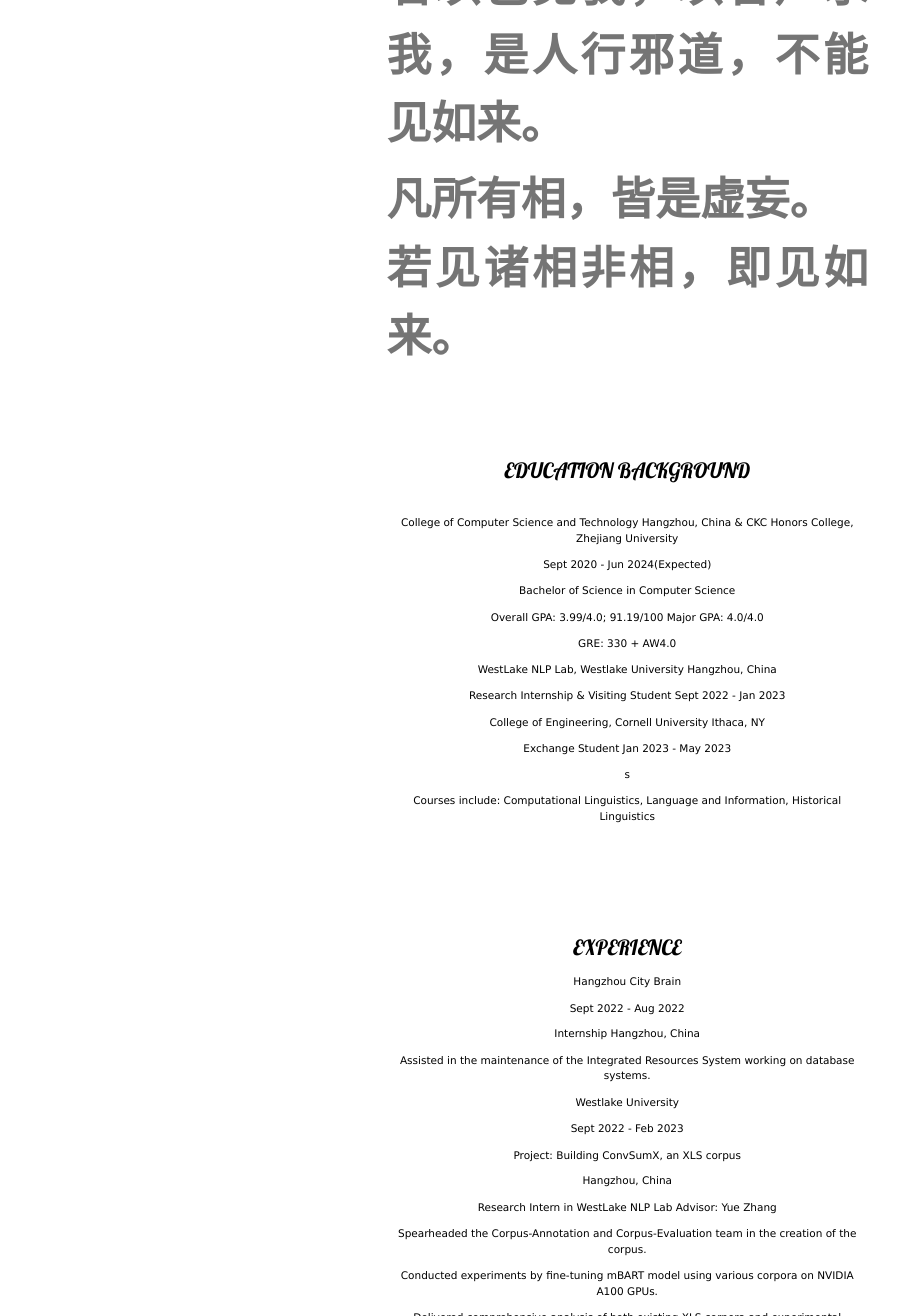
Repository: Ej-zhou/ej-zhou.github.io
Page: index.html
The author's editor kept a copy of each file at every save. The page is drawn from the files as they stood at one save, then again after the next save.
The browser window is 1280 px wide. The page is 1304 px wide, so the pictures cover 1304 px, including what lies to the right of the window. The pictures show the part of the page from y = 1030 to 2910 px (the page is 6678 px tall before and 6580 px after), at 70% of full size.
Some web fonts or font styles are not loaded; a fallback is used.

Above is the page before, as saved 2023-08-12 15:12:55.

After the next save:
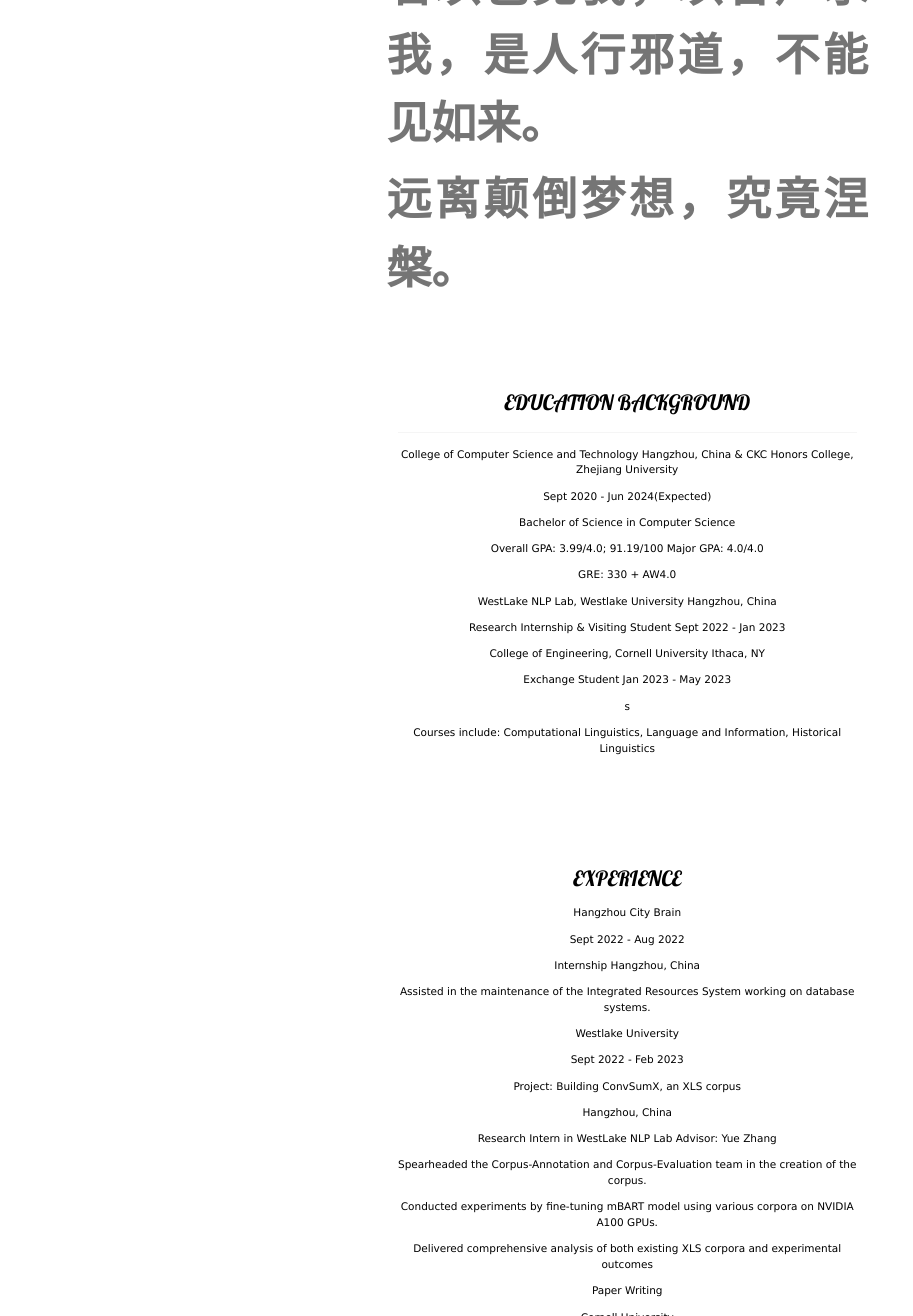
Saved 10 s later.
--- a/index.html
+++ b/index.html
@@ -342,7 +342,7 @@
 </h1> -->
 
 <h1 class="w3-jumbo">
-    <b> <span class="chinese">凡所有相，皆是虚妄。<br> 若见诸相非相，即见如来。</span>           </b>
+    <b> <span class="chinese">远离颠倒梦想，究竟涅槃。</span>           </b>
 </h1>
 
 
